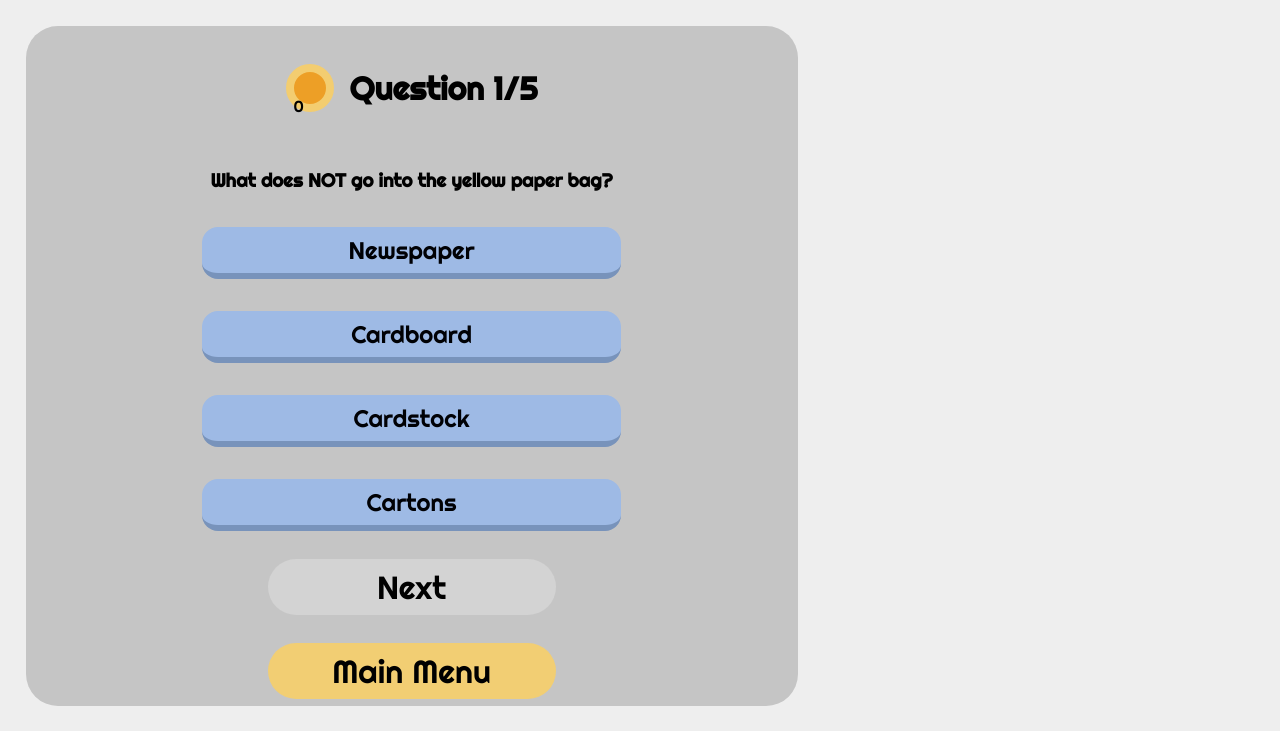
Repository: alemunden/Trash-Scavengers
Page: /quiz
These files come from the project's save history. The page is drawn as it stood at one moment and after the next save; the edit follows.
The browser window is 1280 px wide. The pictures show the whole page.
The project was rebuilt for these pictures with package versions that can differ from the ones it lists, and the page was loaded fresh each time. The framework's server and built-in components were replaced by stand-ins that run in the browser. Also part of the build but not shown: next.config.mjs.

Above is the page before, as saved 2024-04-07 22:33:51.

After the next save:
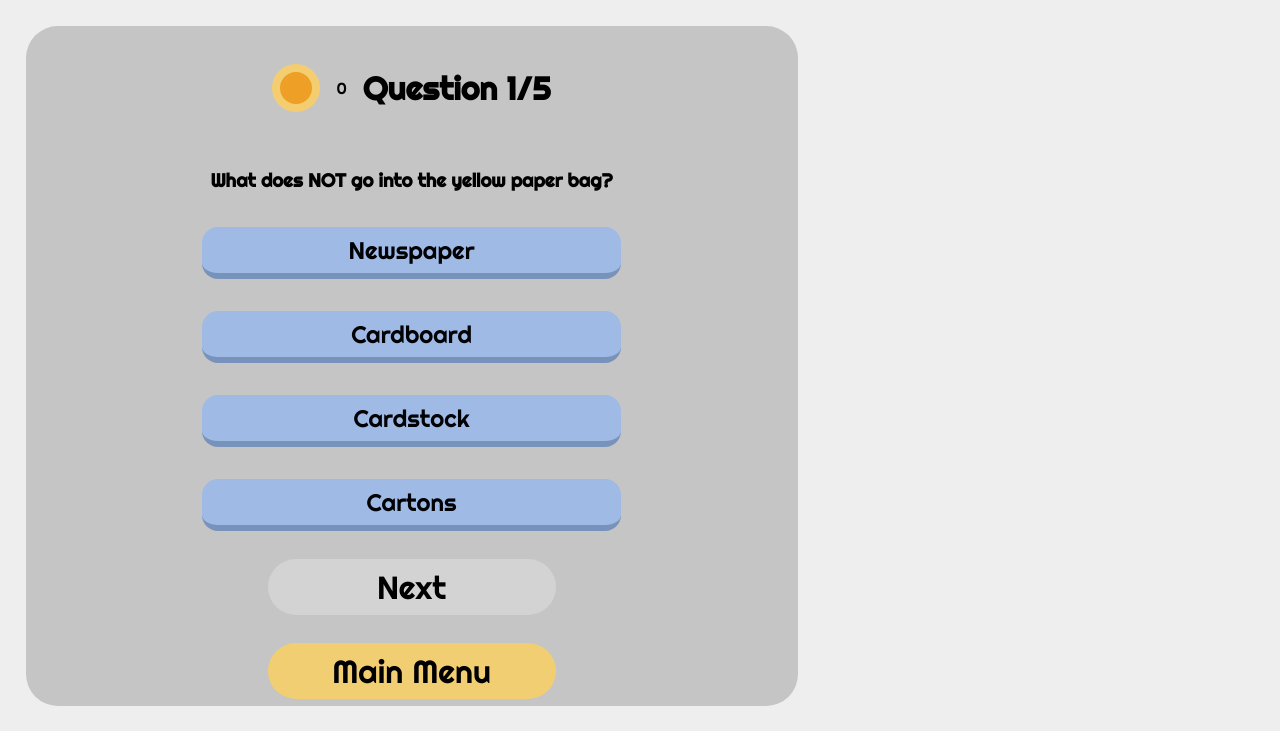
Saved 16 s later.
--- a/pages/quiz.js
+++ b/pages/quiz.js
@@ -62,9 +62,8 @@ export default function Quiz() {
             <link rel="preconnect" href="https://fonts.gstatic.com" crossorigin/>
             <link href="https://fonts.googleapis.com/css2?family=Righteous&display=swap" rel="stylesheet"/>
             <div className={styles.questionHeaderContainer}>
-                <div className={styles.coin}>
-                    <p className={styles.pointsCounter}>{result.score}</p>
-                </div>
+                <div className={styles.coin}></div>
+                <p className={styles.pointsCounter}>{result.score}</p>
                 <h2 className={styles.questionHeader}>
                     Question {activeQuestion + 1}
                     <span>/{questions.length}</span>
